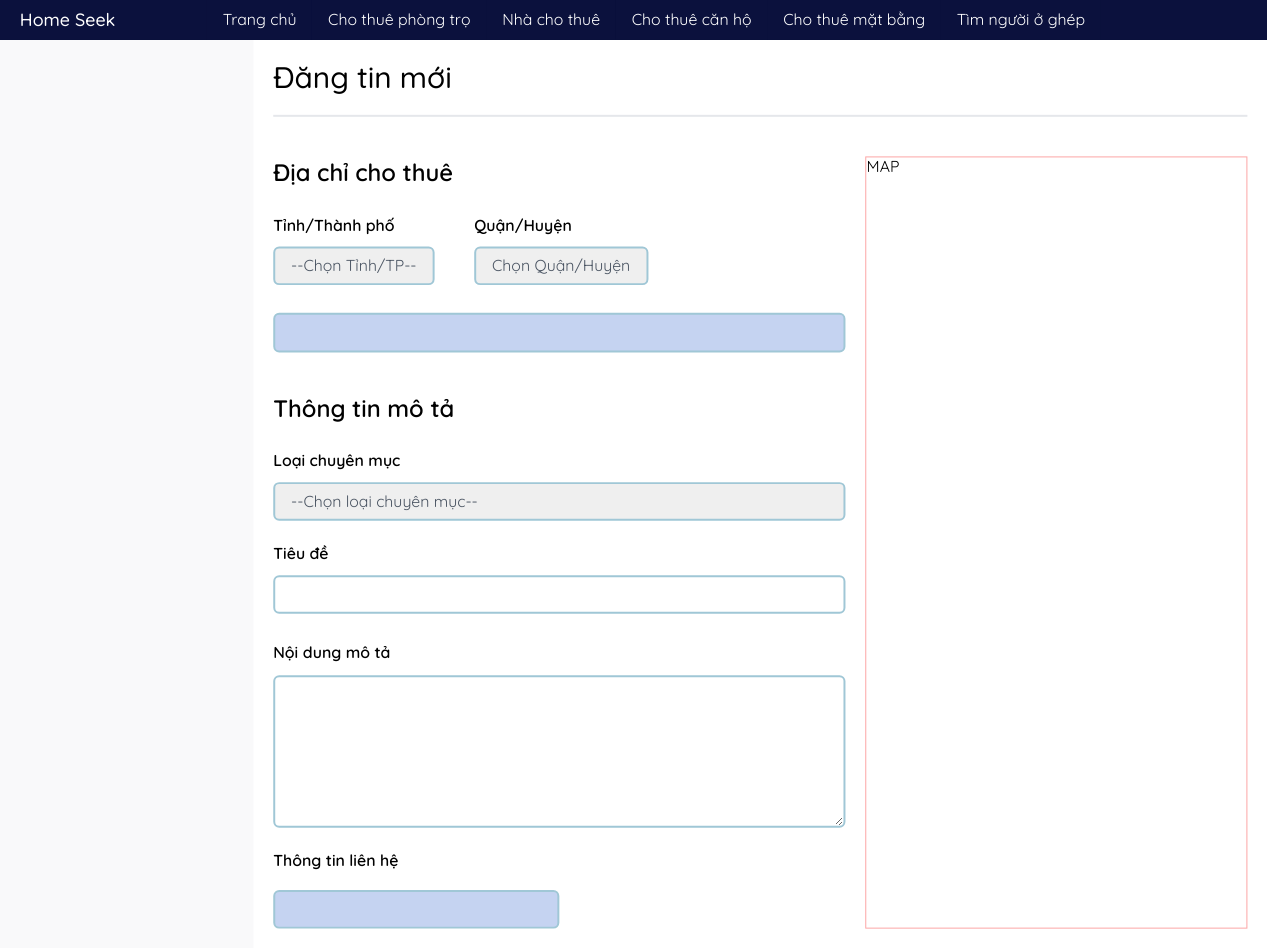
Repository: ajincome26/homeseek
Page: /create (app in client/)
An editor plug-in stored every save of this project. The page is shown before and after the next save, followed by the edit.
The browser window is 1280 px wide. The pictures show the whole page, at 99% of full size.
The page's requests for data from a server got no answer. The project was rebuilt for these pictures with package versions that can differ from the ones it lists, and the page was loaded fresh each time. Some packages were replaced by stand-ins written for this rebuild. No one was signed in, and anything a server would have sent is missing. Also part of the build but not shown: client/vite.config.ts, client/src/components/Footer/Footer.tsx, client/src/components/Button/Button.tsx, client/src/components/Button/index.ts, client/src/utils/utils.tsx, client/src/components/MainHeader/components/User.tsx, client/src/components/Popover/Popover.tsx, client/src/components/Popover/index.ts and 16 more.

Above is the page before, as saved 2024-01-10 05:38:38.

### client/index.html
<!doctype html>
<html lang="en">
  <head>
    <meta charset="UTF-8" />
    <link rel="icon" type="image/svg+xml" href="/vite.svg" />
    <meta name="viewport" content="width=device-width, initial-scale=1.0" />
    <title>Home Seek</title>
    <link rel="preconnect" href="https://fonts.googleapis.com" />
    <link rel="preconnect" href="https://fonts.gstatic.com" crossorigin />
    <link
      href="https://fonts.googleapis.com/css2?family=Quicksand:wght@300;400;500;600;700&display=swap"
      rel="stylesheet"
    />
  </head>
  <body>
    <div id="root"></div>
    <script type="module" src="/src/main.tsx"></script>
  </body>
</html>

### client/src/main.tsx
import ReactDOM from 'react-dom/client'
import App from './App'
import './styles/index.scss'
import { BrowserRouter } from 'react-router-dom'
import { QueryClient, QueryClientProvider } from '@tanstack/react-query'
import { ReactQueryDevtools } from '@tanstack/react-query-devtools'
import { AuthProvider } from './contexts/auth.context'
import { ErrorBoundary } from './components/ErrorBoundary'

// Create a client
const queryClient = new QueryClient({
  defaultOptions: {
    queries: {
      refetchOnWindowFocus: false // disable việc fetch lại api khi focus tab window
    }
  }
})

ReactDOM.createRoot(document.getElementById('root')!).render(
  <BrowserRouter>
    <QueryClientProvider client={queryClient}>
      <AuthProvider>
        <ErrorBoundary>
          <App />
        </ErrorBoundary>
      </AuthProvider>
      <ReactQueryDevtools initialIsOpen={false} />
    </QueryClientProvider>
  </BrowserRouter>
)

### client/src/App.tsx
import { useEffect } from 'react'
import { useAuth } from './contexts/auth.context'
import useRoute from './useRoute'
import { LocalStorageEventTarget } from './utils/auth'
import { ToastContainer } from 'react-toastify'
import 'react-toastify/dist/ReactToastify.css'

function App() {
  const routeElements = useRoute()
  const { resetAuth } = useAuth()
  useEffect(() => {
    LocalStorageEventTarget.addEventListener('clearLS', () => {
      resetAuth()
    })
    return () => {
      LocalStorageEventTarget.removeEventListener('clearLS', () => {
        resetAuth()
      })
    }
  }, [resetAuth])
  return (
    <div className='bg-third'>
      <ToastContainer />
      <div>{routeElements}</div>
    </div>
  )
}

export default App

### client/src/styles/index.scss
@tailwind base;
@tailwind components;
@tailwind utilities;

@import 'reset';

body {
  font-family: 'Quicksand', sans-serif;
  font-size: 16px;
  line-height: 1.2;
}

select {
  -webkit-appearance: none;
  -moz-appearance: none;
  appearance: none;
}

::-webkit-scrollbar {
  width: 10px;
}
::-webkit-scrollbar-track {
  background-color: #fafafa;
}
::-webkit-scrollbar-thumb {
  background-color: #ccd0d7;
  border-radius: 50px;
}

/* Chrome, Safari, Edge, Opera */
input::-webkit-outer-spin-button,
input::-webkit-inner-spin-button {
  -webkit-appearance: none;
  margin: 0;
}
/* Firefox */
input[type='number'] {
  appearance: textfield;
}

.cr-truncate-1 {
  overflow: hidden;
  display: -webkit-box;
  -webkit-box-orient: vertical;
  -webkit-line-clamp: 1;
  text-overflow: ellipsis;
  word-break: break-word;
}

// class tailwind-sort
.cr-transition {
  @apply transition-all ease-linear duration-200;
}
.cr-hover-text {
  @apply hover:text-[#977616] transition-colors ease-linear duration-200 cursor-pointer;
}
.cr-input-text {
  @apply px-3 py-2 border-[2px] border-[#a0c7d6] outline-none rounded-md focus:border-[#4b5fc2] cr-transition box-border w-full;
}

### client/src/contexts/auth.context.tsx
import React, { createContext, useContext, useState } from 'react'
import { User } from '~/types/user.type'
import { getAccessToken, getUserInfoFromStorage } from '~/utils/auth'

interface AuthProviderType {
  isLoggedIn: boolean
  setIsLoggedIn: React.Dispatch<React.SetStateAction<boolean>>
  userInfo: User | null
  setUserInfo: React.Dispatch<React.SetStateAction<User | null>>
  resetAuth: () => void
}
const initialContext: AuthProviderType = {
  isLoggedIn: Boolean(getAccessToken()),
  setIsLoggedIn: () => null,
  userInfo: getUserInfoFromStorage(),
  setUserInfo: () => null,
  resetAuth: () => null
}

const AuthContext = createContext<AuthProviderType>(initialContext)
const useAuth = () => {
  const context = useContext(AuthContext)
  if (typeof context === 'undefined') throw new Error('useAuth must be used within a AuthContext')
  return context
}
const AuthProvider = ({ children }: { children: React.ReactNode }) => {
  const [isLoggedIn, setIsLoggedIn] = useState(initialContext.isLoggedIn)
  const [userInfo, setUserInfo] = useState(initialContext.userInfo)
  const resetAuth = () => {
    setIsLoggedIn(false)
    setUserInfo(null)
  }
  return (
    <AuthContext.Provider value={{ isLoggedIn, setIsLoggedIn, userInfo, setUserInfo, resetAuth }}>
      {children}
    </AuthContext.Provider>
  )
}

// eslint-disable-next-line react-refresh/only-export-components
export { useAuth, AuthProvider }

### client/src/components/ErrorBoundary/index.ts
export { default as ErrorBoundary } from './ErrorBoundary'

### client/src/useRoute.tsx
import { useRoutes } from 'react-router-dom'
import { path } from './constants/path'
import { MainLayout } from './layouts/MainLayout'
import ManageLayout from './layouts/ManageLayout/ManageLayout'
import { CreatePost } from './pages/CreatePostPage'
import { HomePage } from './pages/HomePage'
import { LoginPage } from './pages/LoginPage'
import { RegisterPage } from './pages/RegisterPage'

const { HOME, LOGIN, REGISTER, OAUTH, CREATE } = path

const useRoute = () => {
  return useRoutes([
    {
      path: LOGIN,
      element: <LoginPage />
    },
    {
      path: REGISTER,
      element: <RegisterPage />
    },
    {
      path: OAUTH,
      element: <LoginPage />
    },
    {
      path: OAUTH,
      element: <RegisterPage />
    },
    // Authen không ảnh hưởng
    {
      element: <ManageLayout />,
      children: [
        {
          index: true,
          path: CREATE,
          element: <CreatePost />
        }
      ]
    },
    {
      element: <MainLayout />,
      children: [
        {
          index: true,
          path: HOME,
          element: <HomePage />
        }
      ]
    }
  ])
}

export default useRoute

### client/src/utils/auth.ts
import { User } from '~/types/user.type'

export const LocalStorageEventTarget = new EventTarget()

export const getAccessToken = () => localStorage.getItem('accessToken') || ''
export const getRefreshToken = () => localStorage.getItem('refreshToken') || ''
export const setAccessToken = (accessToken: string) => localStorage.setItem('accessToken', accessToken)
export const setRefreshToken = (refreshToken: string) => localStorage.setItem('refreshToken', refreshToken)
export const getUserInfoFromStorage = () => {
  const info = localStorage.getItem('userInfo')
  return info ? JSON.parse(info) : null
}
export const setUserInfoToStorage = (userInfo: User) => localStorage.setItem('userInfo', JSON.stringify(userInfo))

export const clearLocalStorage = () => {
  localStorage.removeItem('accessToken')
  localStorage.removeItem('refreshToken')
  localStorage.removeItem('userInfo')
  const clearLSEvent = new Event('clearLS')
  LocalStorageEventTarget.dispatchEvent(clearLSEvent)
}

### client/src/styles/_reset.scss
*,
*::before,
*::after {
  box-sizing: border-box;
}
* {
  margin: 0;
  padding: 0;
}

html,
body {
  height: 100%;
}
body {
  line-height: 1.5;
  -webkit-font-smoothing: antialiased;
  -webkit-tap-highlight-color: rgba(0, 0, 0, 0);
}
a {
  text-decoration: none;
  color: inherit;
}
img,
picture,
video,
canvas,
svg {
  display: block;
  // max-width: 100%;
}
input,
button,
textarea,
select {
  font: inherit;
  outline: none;
}
option:checked {
  background-color: #0891b2;
  color: white;
  font-style: italic;
}
p,
h1,
h2,
h3,
h4,
h5,
h6 {
  overflow-wrap: break-word;
}

### client/src/constants/path.ts
export const path = {
  HOME: '/',
  LOGIN: '/login',
  OAUTH: '/login/oauth',
  REGISTER: '/register',
  LOGOUT: '/logout',

  ROOM_FOR_RENT: '/room-for-rent',
  HOUSE_FOR_RENT: '/house-for-rent',
  APARTMENT_FOR_RENT: '/apartment-for-rent',
  GROUND_FOR_RENT: '/ground-for-rent',
  FIND_A_ROOMATE: '/find-a-roomate',

  CREATE: '/create',
  MANAGE: '/manage',
  PROFILE: '/user/profile',
  CHANGE_PASSWORD: '/user/change-password',

  CONTACT: '/contact',

  NOT_FOUND: '*'
}

### client/src/layouts/MainLayout/index.ts
export { default as MainLayout } from './MainLayout'

### client/src/layouts/ManageLayout/ManageLayout.tsx
import { Outlet } from 'react-router-dom'
import { Sidebar } from '~/components/Sidebar'
import { SubHeader } from '~/components/SubHeader'

const ManageLayout = () => {
  return (
    <>
      <SubHeader />
      <div className='pt-[40px] flex'>
        <div className='min-h-[calc(100vh-40px)] basis-1/5'>
          <Sidebar />
        </div>
        <div className='bg-white basis-4/5'>
          <Outlet />
        </div>
      </div>
    </>
  )
}

export default ManageLayout

### client/src/pages/CreatePostPage/index.ts
export { default as CreatePost } from './CreatePost'

### client/src/pages/HomePage/index.ts
export { default as HomePage } from './HomePage'

### client/src/pages/LoginPage/index.ts
export { default as LoginPage } from './LoginPage'

### client/src/pages/RegisterPage/index.ts
export { default as RegisterPage } from './RegisterPage'

### client/src/components/Sidebar/index.ts
export { default as Sidebar } from './Sidebar'

### client/src/components/SubHeader/index.ts
export { default as SubHeader } from './SubHeader'

### client/src/pages/CreatePostPage/CreatePost.tsx
import { yupResolver } from '@hookform/resolvers/yup'
import { useForm } from 'react-hook-form'
import { postSchema, PostSchema } from '~/utils/schema'
import Address from './components/Address'
import Overview from './components/Overview'

export type FormPost = PostSchema

const CreatePost = () => {
  const { handleSubmit } = useForm<FormPost>({
    resolver: yupResolver(postSchema)
  })
  const handleCreatePost = (data: FormPost) => {}
  return (
    <div className='p-5 text-black'>
      <h2 className='w-full pb-5 text-3xl font-medium border-b-2'>Đăng tin mới</h2>
      <div className='flex gap-5 mt-10'>
        <form onSubmit={handleSubmit(handleCreatePost)} className='flex flex-col gap-10 basis-[60%]'>
          <Address />
          <Overview />
        </form>
        <div className='border border-red-300 map basis-[40%]'>MAP</div>
      </div>
    </div>
  )
}

export default CreatePost

### client/src/components/SubHeader/SubHeader.tsx
import { Link } from 'react-router-dom'
import { SubNavigation } from '../SubNavigation'

const SubHeader = () => {
  return (
    <div className='fixed w-full h-[40px] bg-primary text-white flex items-center gap-12 px-5'>
      <Link to={'/'} className='text-lg font-medium cursor-pointer hover:text-sixth cr-transition'>
        Home Seek
      </Link>
      <div className='w-[80%]'>
        <SubNavigation />
      </div>
    </div>
  )
}

export default SubHeader

### client/src/components/Field/index.ts
export { default as Field } from './Field'

### client/src/components/Input/index.ts
export { default as Input } from './Input'
export { default as InputPassword } from './InputPassword'
export { default as InputSearch } from './InputSearch'
export { default as InputNumber } from './InputNumber'
export { default as InputFile } from './InputFile'
export { default as InputReadOnly } from './InputReadOnly'

### client/src/components/Label/index.ts
export { default as Label } from './Label'

### client/src/utils/icons.ts
import { BiSolidShoppingBags, BiLogoFacebookCircle, BiPlus } from 'react-icons/bi'
import {
  AiFillInstagram,
  AiFillTwitterCircle,
  AiOutlineEye,
  AiOutlineEyeInvisible,
  AiOutlineShoppingCart,
  AiFillStar,
  AiOutlineStar,
  AiFillCaretRight,
  AiOutlineQuestionCircle,
  AiFillHeart,
  AiOutlineHeart,
  AiOutlinePlusCircle
} from 'react-icons/ai'
import { TbWorld, TbUserCircle, TbBrandMessenger } from 'react-icons/tb'
import { PiCaretDownBold, PiCaretUpBold, PiCaretLeftBold, PiCaretRightBold } from 'react-icons/pi'
import { HiOutlineSearch, HiOutlineLogout } from 'react-icons/hi'
import { BsListUl, BsThreeDots, BsShieldLock, BsPencilSquare } from 'react-icons/bs'
import { LiaFilterSolid } from 'react-icons/lia'
import { RiSubtractLine, RiTodoLine } from 'react-icons/ri'
import { FaCartPlus } from 'react-icons/fa'
import { CiEdit } from 'react-icons/ci'
import { FaRegUser, FaUserEdit } from 'react-icons/fa'
import { SiSensu } from 'react-icons/si'
import { FcGoogle } from 'react-icons/fc'
import { MdOutlineDashboard, MdOutlineLibraryBooks } from 'react-icons/md'

export default {
  AiFillInstagram,
  AiFillTwitterCircle,
  AiOutlineEye,
  AiOutlineEyeInvisible,
  AiOutlineShoppingCart,
  AiFillStar,
  AiOutlineStar,
  AiFillCaretRight,
  AiOutlineQuestionCircle,
  AiFillHeart,
  AiOutlineHeart,
  AiOutlinePlusCircle,
  BiSolidShoppingBags,
  BiLogoFacebookCircle,
  PiCaretDownBold,
  PiCaretUpBold,
  PiCaretLeftBold,
  PiCaretRightBold,
  TbWorld,
  TbUserCircle,
  TbBrandMessenger,
  HiOutlineSearch,
  HiOutlineLogout,
  BsListUl,
  BsThreeDots,
  BsShieldLock,
  BsPencilSquare,
  LiaFilterSolid,
  BiPlus,
  RiSubtractLine,
  RiTodoLine,
  FaCartPlus,
  FaUserEdit,
  CiEdit,
  FaRegUser,
  SiSensu,
  FcGoogle,
  MdOutlineDashboard,
  MdOutlineLibraryBooks
}

### client/src/constants/data.tsx
import { path } from './path'
import icons from '~/utils/icons'
import { CategoryType } from '~/types/category.type'

const { BsPencilSquare, MdOutlineLibraryBooks, TbUserCircle, FaUserEdit, TbBrandMessenger } = icons

const {
  ROOM_FOR_RENT,
  HOUSE_FOR_RENT,
  APARTMENT_FOR_RENT,
  GROUND_FOR_RENT,
  FIND_A_ROOMATE,
  CREATE,
  MANAGE,
  PROFILE,
  CONTACT
} = path

export const categories = [
  { id: 1, name: 'Cho thuê phòng trọ', path: ROOM_FOR_RENT },
  { id: 2, name: 'Nhà cho thuê', path: HOUSE_FOR_RENT },
  { id: 3, name: 'Cho thuê căn hộ', path: APARTMENT_FOR_RENT },
  { id: 4, name: 'Cho thuê mặt bằng', path: GROUND_FOR_RENT },
  { id: 5, name: 'Tìm người ở ghép', path: FIND_A_ROOMATE }
] as CategoryType[]

export const dataManage = [
  {
    id: 1,
    text: 'Đăng tin cho thuê',
    path: CREATE,
    icon: <BsPencilSquare />
  },
  {
    id: 2,
    text: 'Quản lý tin đăng',
    path: MANAGE,
    icon: <MdOutlineLibraryBooks />
  },
  {
    id: 3,
    text: 'Thông tin tài khoản',
    path: PROFILE,
    icon: <TbUserCircle />
  }
]

export const dataSidebar = [
  {
    id: 1,
    text: 'Đăng tin cho thuê',
    path: CREATE,
    icon: <BsPencilSquare />
  },
  {
    id: 2,
    text: 'Quản lý tin đăng',
    path: MANAGE,
    icon: <MdOutlineLibraryBooks />
  },
  {
    id: 3,
    text: 'Sửa thông tin cá nhân',
    path: PROFILE,
    icon: <FaUserEdit />
  },
  {
    id: 4,
    text: 'Liên hệ',
    path: CONTACT,
    icon: <TbBrandMessenger />
  }
]

### client/src/components/SubNavigation/index.ts
export { default as SubNavigation } from './SubNavigation'

### client/src/apis/province.api.ts
import { Province } from '~/types/province.type'
import { apiGetPublicProvinces } from '~/utils/utils'

const provinceApi = {
  getProvinces: () => apiGetPublicProvinces.get<Province[]>('/')
}

export default provinceApi

### client/src/components/Select/index.ts
export { default as Select } from './Select'

### client/src/components/Field/Field.tsx
interface Props {
  children: JSX.Element | JSX.Element[]
}

const Field = ({ children }: Props) => {
  return <div className='flex flex-col items-start'>{children}</div>
}

export default Field

### client/src/components/Input/Input.tsx
import { InputHTMLAttributes } from 'react'
import type { FieldValues, FieldPath, UseFormRegister } from 'react-hook-form'

export interface InputProps<TFieldValues extends FieldValues> extends InputHTMLAttributes<HTMLInputElement> {
  name: FieldPath<TFieldValues>
  errorMessage?: string
  register: UseFormRegister<TFieldValues>
}

const Input = <TFieldValues extends FieldValues = FieldValues>({
  className,
  type,
  name,
  children,
  errorMessage,
  register,
  ...props
}: InputProps<TFieldValues>) => {
  return (
    <div className='relative w-full'>
      <input
        id={name}
        type={type || 'text'}
        {...register(name)}
        {...props}
        className={`mb-[6px] border rounded-lg py-3 bg-grayField hover:border-primary focus:border-primary transition w-full focus:bg-white ${
          children ? 'pl-4 pr-10' : 'px-4'
        } ${className}`}
        autoComplete='on'
      />
      <span className='absolute top-1/2 right-3 translate-y-[-110%] cursor-pointer text-grayDark'>{children}</span>
      {errorMessage && <div className='text-sm text-red-500 min-h-[1rem] leading-4'>{errorMessage}</div>}
    </div>
  )
}

export default Input

### client/src/components/Input/InputReadOnly.tsx
import { InputHTMLAttributes } from 'react'

export interface InputProps extends InputHTMLAttributes<HTMLInputElement> {
  id: string
  data: string
}

const InputReadOnly = ({ id, data }: InputProps) => {
  return (
    <div className='w-full'>
      <input type='text' id={id} value={data || ''} className='mt-2 cr-input-text bg-[#c5d3f1]' readOnly />
    </div>
  )
}

export default InputReadOnly

### client/src/components/Label/Label.tsx
interface Props {
  htmlFor: string
  children: string
  textColor?: string
}

const Label = ({ htmlFor, children, textColor }: Props) => {
  return (
    <label className={`${textColor || 'text-white'} mt-2 mb-3 font-semibold cursor-pointer`} htmlFor={htmlFor}>
      {children}
    </label>
  )
}

export default Label

### client/src/components/SubNavigation/SubNavigation.tsx
import { NavLink } from 'react-router-dom'
import { categories } from '~/constants/data'

const notActive = 'hover:bg-secondary px-4 h-full flex items-center bg-primary transition-all ease-linear duration-300'
const active = 'hover:bg-secondary px-4 h-full flex items-center bg-secondary'
const SubNavigation = () => {
  return (
    <div className='w-full h-[40px] flex justify-center items-center'>
      <div className='flex items-center h-full'>
        <NavLink to={'/'} className={({ isActive }) => (isActive ? active : notActive)}>
          Trang chủ
        </NavLink>
        {categories?.length > 0 &&
          categories.map((item, index) => {
            return (
              <div key={index} className='h-full'>
                <NavLink to={item.path} className={({ isActive }) => (isActive ? active : notActive)}>
                  {item.name}
                </NavLink>
              </div>
            )
          })}
      </div>
    </div>
  )
}

export default SubNavigation

### client/src/components/Select/Select.tsx
import classNames from 'classnames'
import { InputHTMLAttributes } from 'react'
import { CategoryType } from '~/types/category.type'
import { District, Province } from '~/types/province.type'

export interface SelectProps extends InputHTMLAttributes<HTMLInputElement> {
  type: string
  provinces?: Province[]
  districts?: District[]
  categories?: []
  value: string
  setValue: React.Dispatch<React.SetStateAction<string>>
  optionTitle: string
}

const Select = ({ type, provinces, districts, categories, value, setValue, optionTitle }: SelectProps) => {
  return (
    <div className={`flex flex-col gap-2 ${type === 'category' ? 'w-full' : 'basis-[30%]'}`}>
      <select
        className={classNames(
          'px-4 py-2 text-gray-600 border-[2px] border-[#a0c7d6] rounded-md outline-none cursor-pointer hover:border-[#4b5fc2] cr-transition'
        )}
        value={value}
        onChange={(e) => setValue(e.target.value)} // value của select là value của option (ở đây là province_id)
      >
        <option value=''>{optionTitle}</option>
        {type === 'province'
          ? provinces?.map((item) => (
              <option key={item.province_id} value={item.province_id} className='bg-white text-primary'>
                {item.province_name}
              </option>
            ))
          : type === 'district'
            ? districts?.map((item) => (
                <option key={item.district_id} value={item.district_id} className='bg-white text-primary'>
                  {item.district_name}
                </option>
              ))
            : categories?.map((item: CategoryType) => (
                <option key={item.id} value={item.name} className='bg-white text-primary'>
                  {item.name}
                </option>
              ))}
      </select>
    </div>
  )
}

export default Select

Loaded but not shown: client/tailwind.config.js (37 lines, source omitted); client/src/utils/schema.ts (64 lines, source omitted); client/src/pages/CreatePostPage/components/Address.tsx (77 lines, source omitted); client/src/pages/CreatePostPage/components/Overview.tsx (75 lines, source omitted)

After the next save:
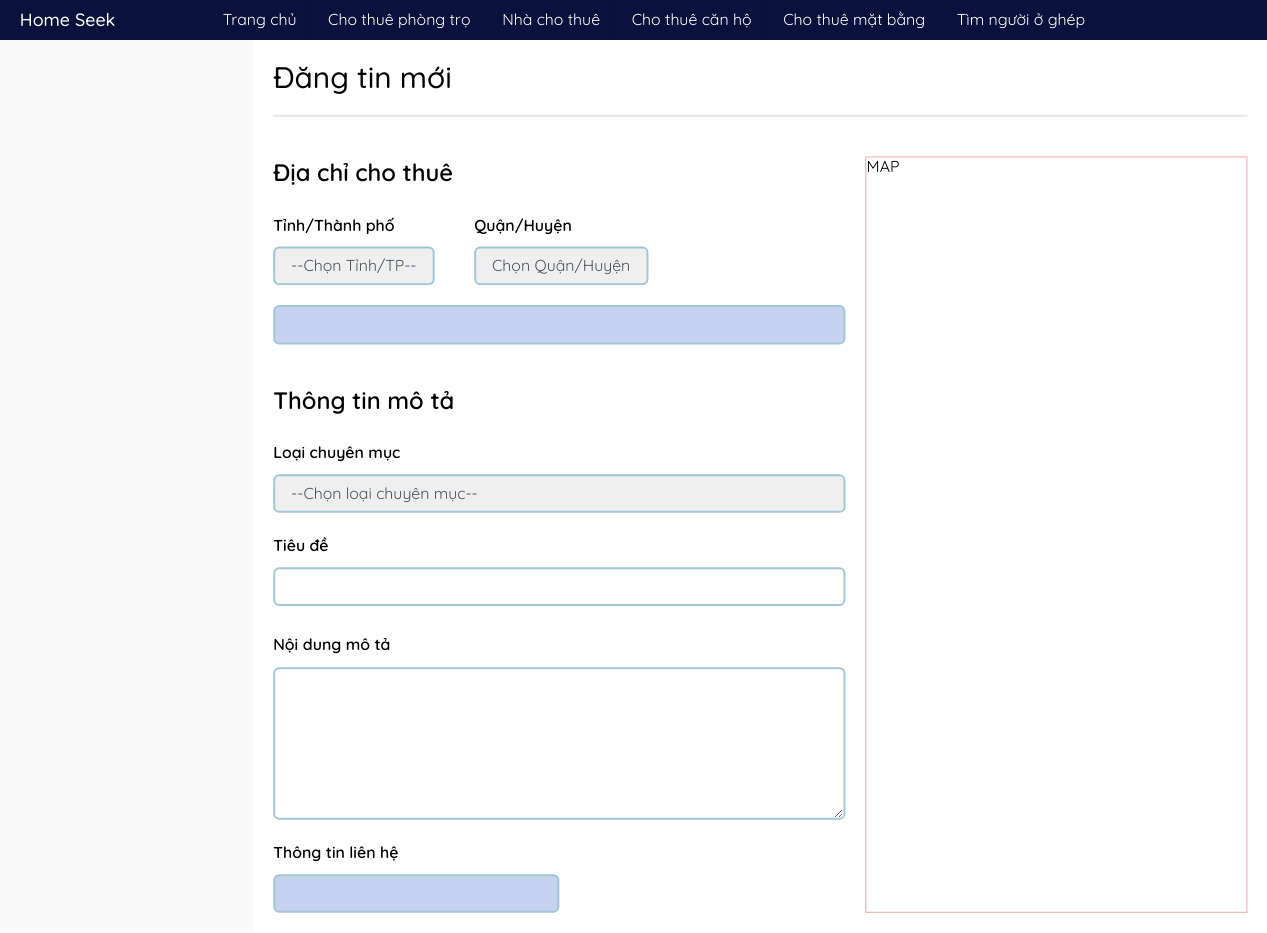
Saved 35 s later.
--- a/client/src/components/Input/InputReadOnly.tsx
+++ b/client/src/components/Input/InputReadOnly.tsx
@@ -8,7 +8,7 @@ export interface InputProps extends InputHTMLAttributes<HTMLInputElement> {
 const InputReadOnly = ({ id, data }: InputProps) => {
   return (
     <div className='w-full'>
-      <input type='text' id={id} value={data || ''} className='mt-2 cr-input-text bg-[#c5d3f1]' readOnly />
+      <input type='text' id={id} value={data || ''} className='cr-input-text bg-[#c5d3f1]' readOnly />
     </div>
   )
 }
